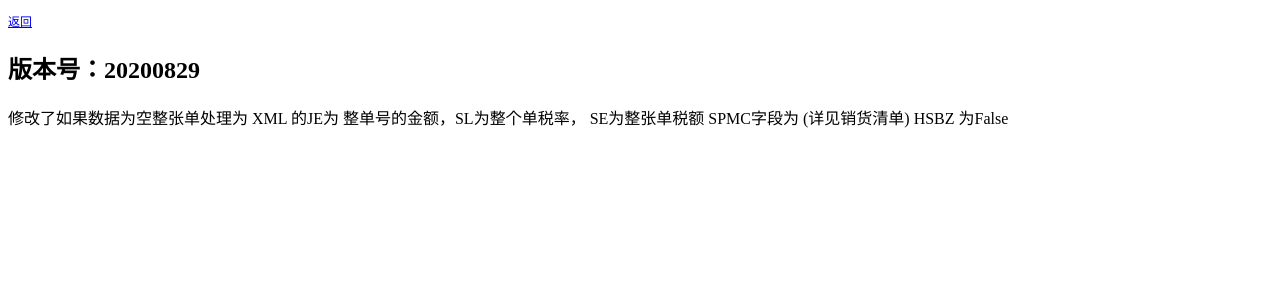
Repository: SFGuile/learnSpringapp
Page: http://localhost/demo/releasenote.jsp
An editor plug-in stored every save of this project. The page is shown before and after the next save, followed by the edit.
The browser window is 1280 px wide. The pictures show the whole page.
The page is served by Tomcat 9.

Above is the page before, as saved 2020-08-29 01:55:22.

After the next save:
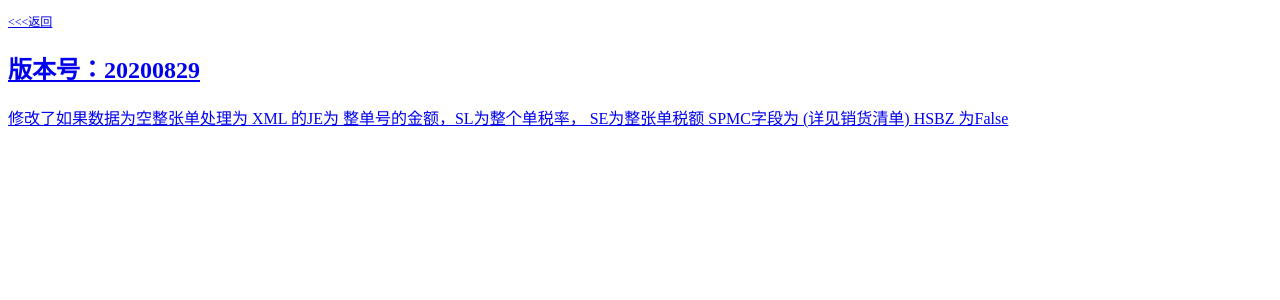
Saved 15 min 2 s later.
--- a/demo/src/main/webapp/releasenote.jsp
+++ b/demo/src/main/webapp/releasenote.jsp
@@ -7,7 +7,7 @@
 <title>版本修改日志</title>
 </head>
 <body>
-  <p style="font-size:12px;text-align: left;"/><a href="../home">返回</a>
+  <p style="font-size:12px;text-align: left;"><a href="../home"><<&lt;返回</p>
 <h2>版本号：20200829</h2>
 <p>修改了如果数据为空整张单处理为 XML 的JE为 整单号的金额，SL为整个单税率，	SE为整张单税额  SPMC字段为 (详见销货清单) HSBZ 为False</p>
 </body>
